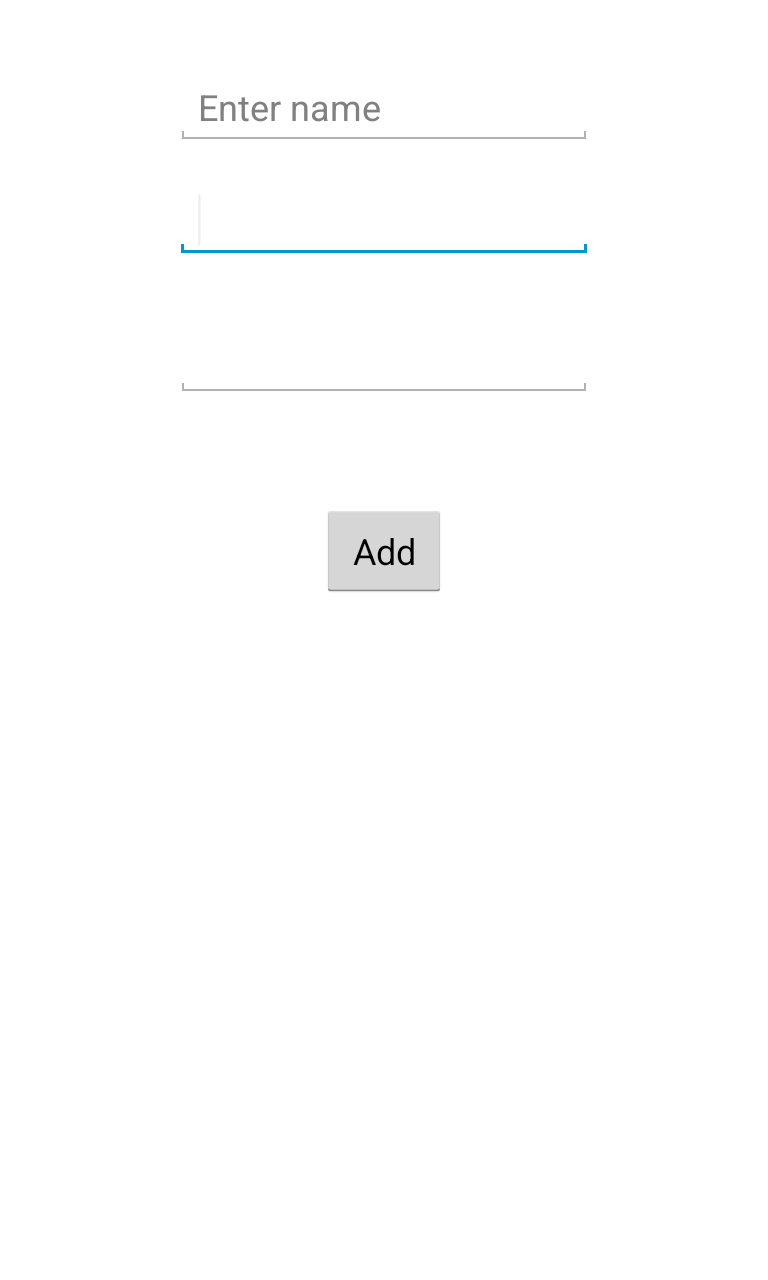
Repository: Joshiatt/IndustryOriented_MiniProject
Layout: App Data/DatabaseSmaple2/res/layout/activity_main.xml
An editor plug-in stored every save of this project. The layout is shown before and after the next save, followed by the edit.
It is drawn on a 768 x 1280 px phone screen (xhdpi) without system bars, with theme AppTheme; the app's code is not run.

Above is the layout before, as saved 2018-05-31 05:31:46.

After the next save:
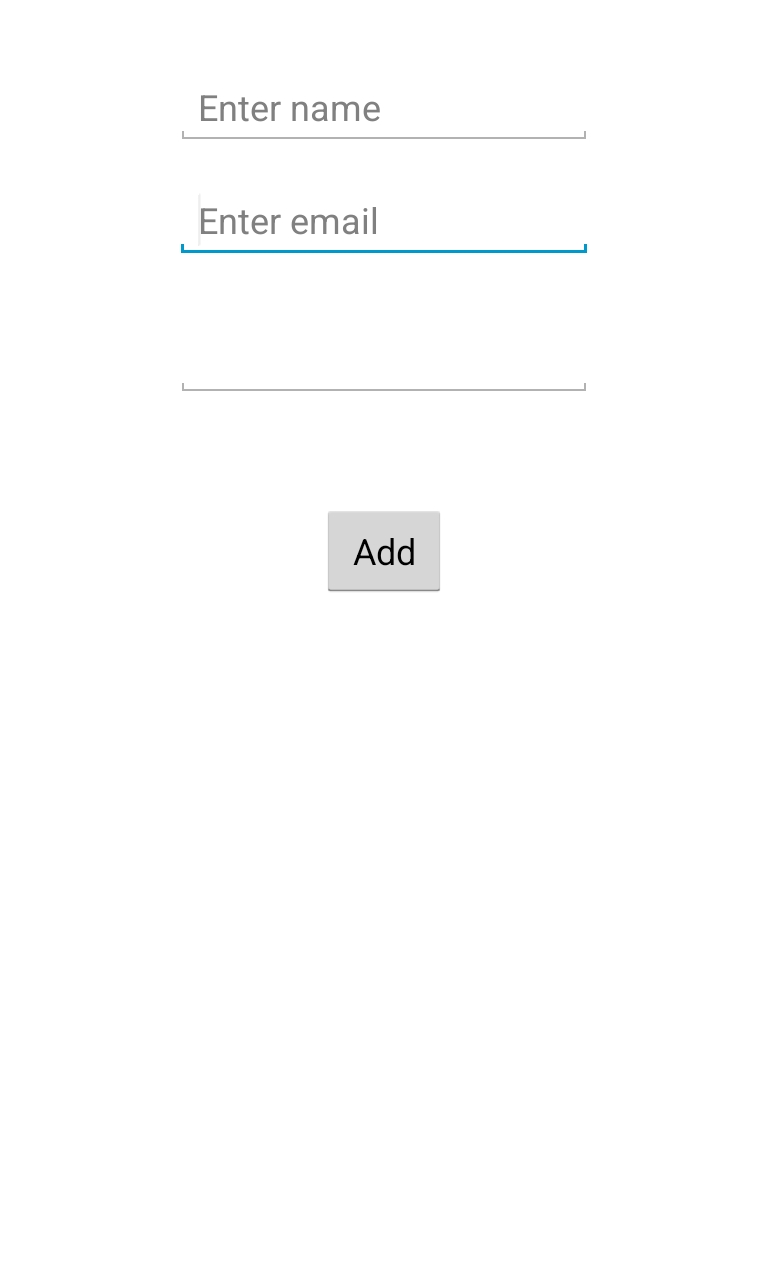
Saved 16 s later.
--- a/App Data/DatabaseSmaple2/res/layout/activity_main.xml
+++ b/App Data/DatabaseSmaple2/res/layout/activity_main.xml
@@ -32,7 +32,8 @@
         android:layout_below="@+id/editText1"
         android:layout_marginTop="17dp"
         android:ems="10"
-        android:inputType="textPersonName" >
+        android:inputType="textPersonName"
+        android:hint="Enter email">
 
         <requestFocus />
     </EditText>
